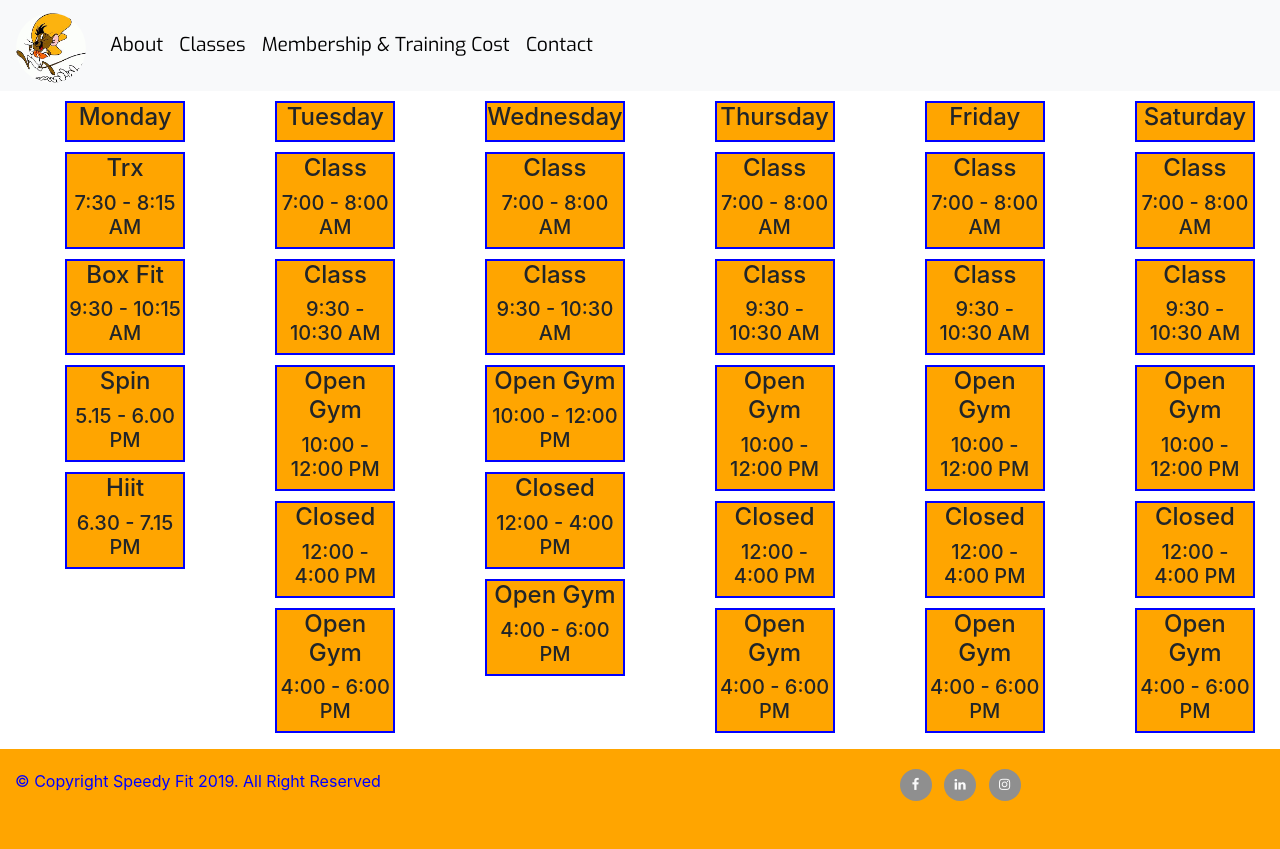
Repository: marcomoreschi/Milestrone-project
Page: classes.html
The author's editor kept a record of every edit. The page is drawn from the files as they stood at one moment, then again after the next edit.
The browser window is 1280 px wide. The pictures show the whole page.
Some web libraries are served in a nearby version.

Above is the page before.

After the next edit:
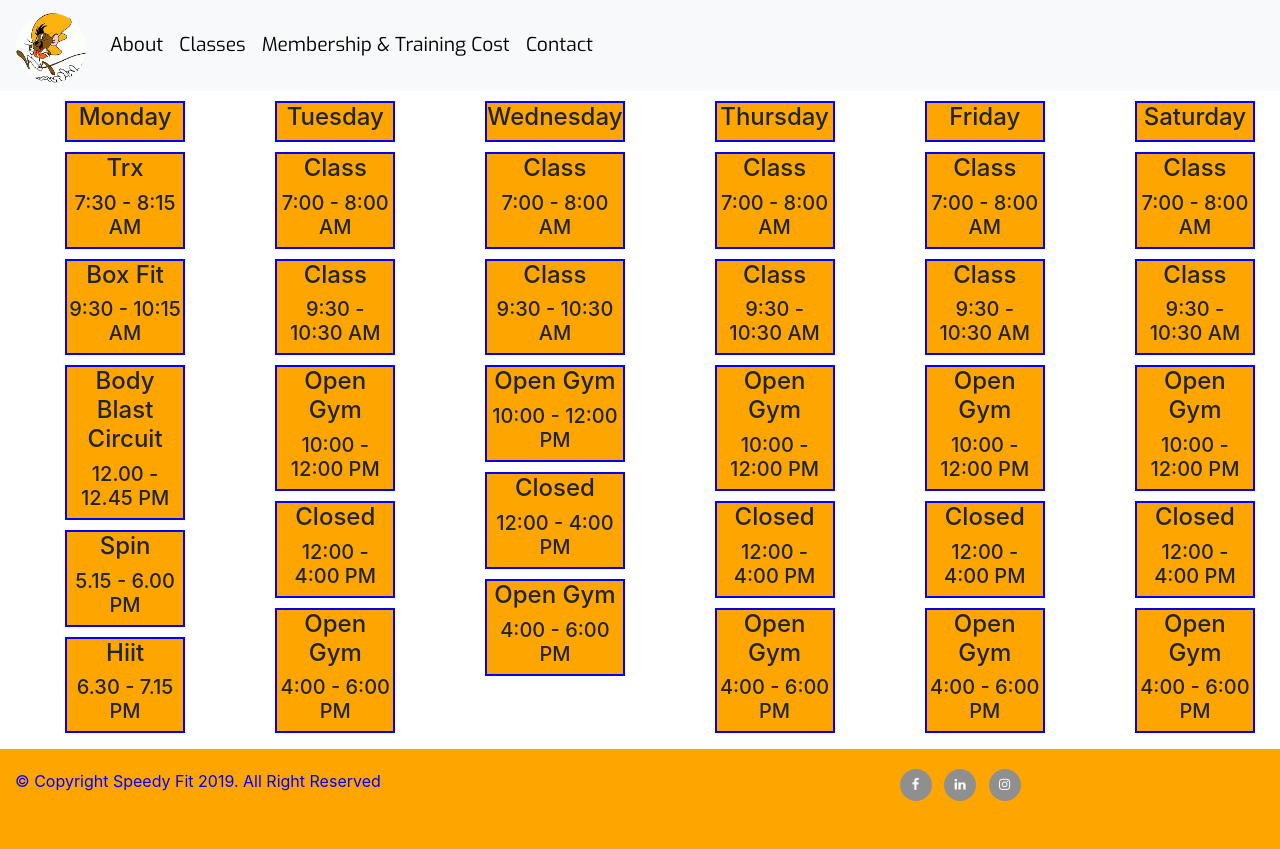
The edit:
--- a/classes.html
+++ b/classes.html
@@ -60,6 +60,10 @@
                     <h5>9:30 - 10:15 AM</h5>
                 </li>
                 <li class="class-time">
+                    <h4>Body Blast Circuit</h4>
+                    <h5>12.00 - 12.45 PM</h5>
+                </li>
+                <li class="class-time">
                     <h4>Spin</h4>
                     <h5>5.15 - 6.00 PM</h5>
                 </li>
